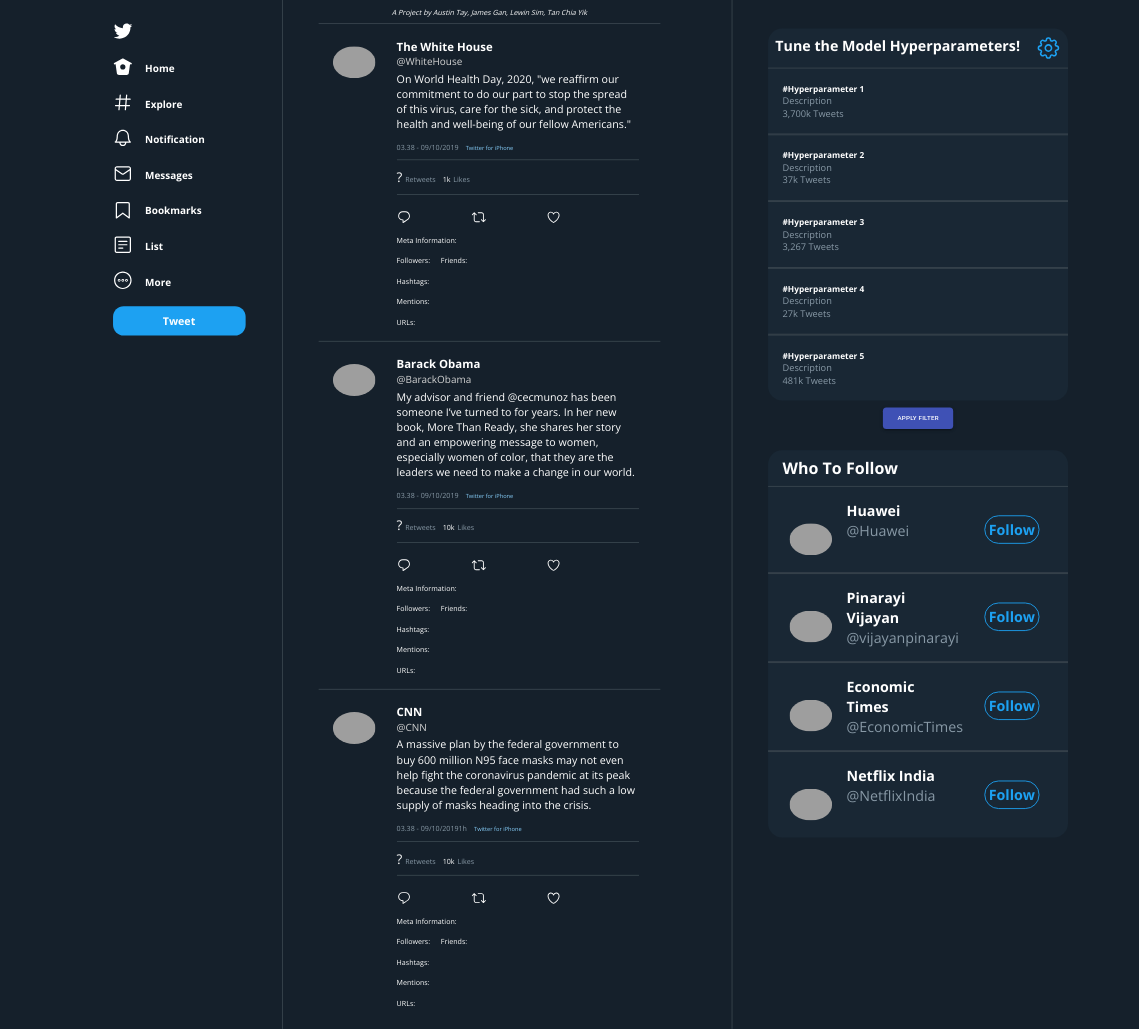
Repository: Dustyik/TwitterAIproj
Page: / (app in FrontEnd/)
The author's editor kept a copy of each file at every save. The page is drawn from the files as they stood at one save, then again after the next save.
The browser window is 1280 px wide. The pictures show the whole page, at 89% of full size.
Pictures or frames that could not be fetched are drawn as grey boxes. The page's requests for data from a server got no answer. The project was rebuilt for these pictures with package versions that can differ from the ones it lists, and the page was loaded fresh each time. No one was signed in, and anything a server would have sent is missing. Also part of the build but not shown: FrontEnd/src/components/StatusCard.js, FrontEnd/src/pages/Status.js, FrontEnd/src/components/profile/ProfileHead.js, FrontEnd/src/components/profile/ProfileDetails.js, FrontEnd/src/styles/Profile.css, FrontEnd/src/pages/Profile.js.

Above is the page before, as saved 2021-08-03 12:40:04.

After the next save:
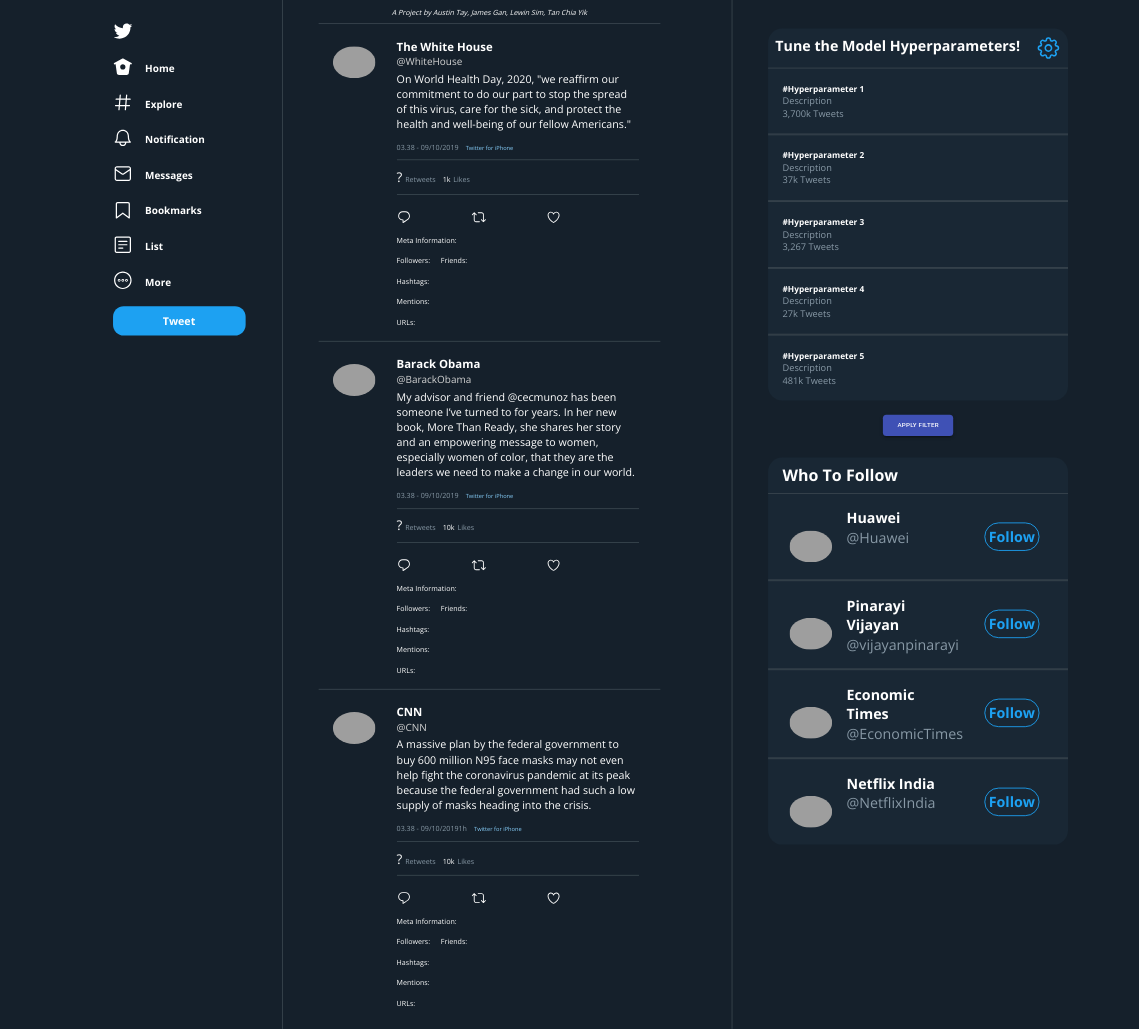
Saved 4 s later.
--- a/FrontEnd/src/components/trending/Trending.js
+++ b/FrontEnd/src/components/trending/Trending.js
@@ -19,7 +19,7 @@
                 </div>
                 <div
                 style = {{
-                    marginTop:"1rem",
+                    marginTop:"2rem",
                     display: "flex",
                     justifyContent: "center",
                     alignItems: "center"
